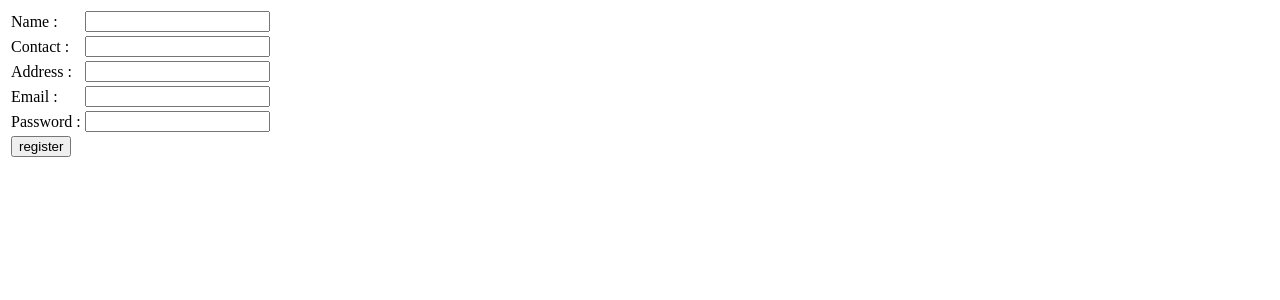
Repository: jay-java/JAVA-TTS-8-30
Page: http://localhost/JSP_Servlet/register.jsp
These files come from the project's save history. The page is drawn as it stood at one moment and after the next save; the edit follows.
The browser window is 1280 px wide. The pictures show the whole page.
The page is served by Tomcat 9.

Above is the page before, as saved 2025-07-26 03:32:40.

After the next save:
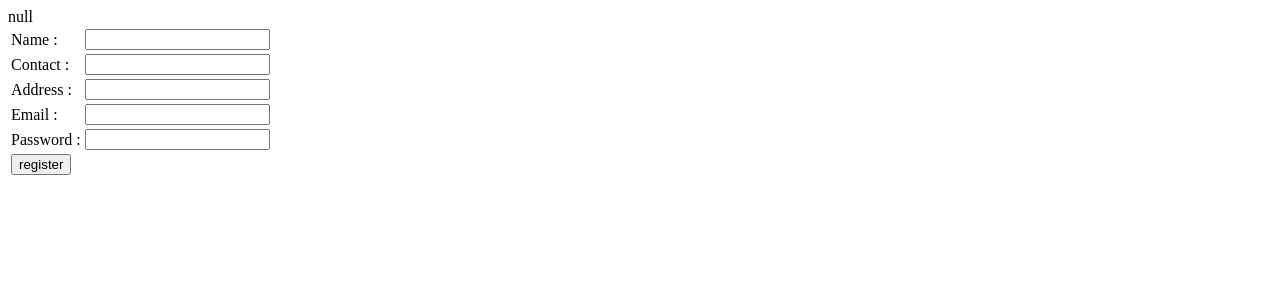
Saved 18 s later.
--- a/JSP_Servlet/src/main/webapp/register.jsp
+++ b/JSP_Servlet/src/main/webapp/register.jsp
@@ -11,8 +11,8 @@
 	<%
 	 String msg = (String)request.getAttribute("msg");
 
-
 	%>
+	<%out.print(msg); %>
 	<form action="UserController" method="post">
 		<table>
 			<tr>
